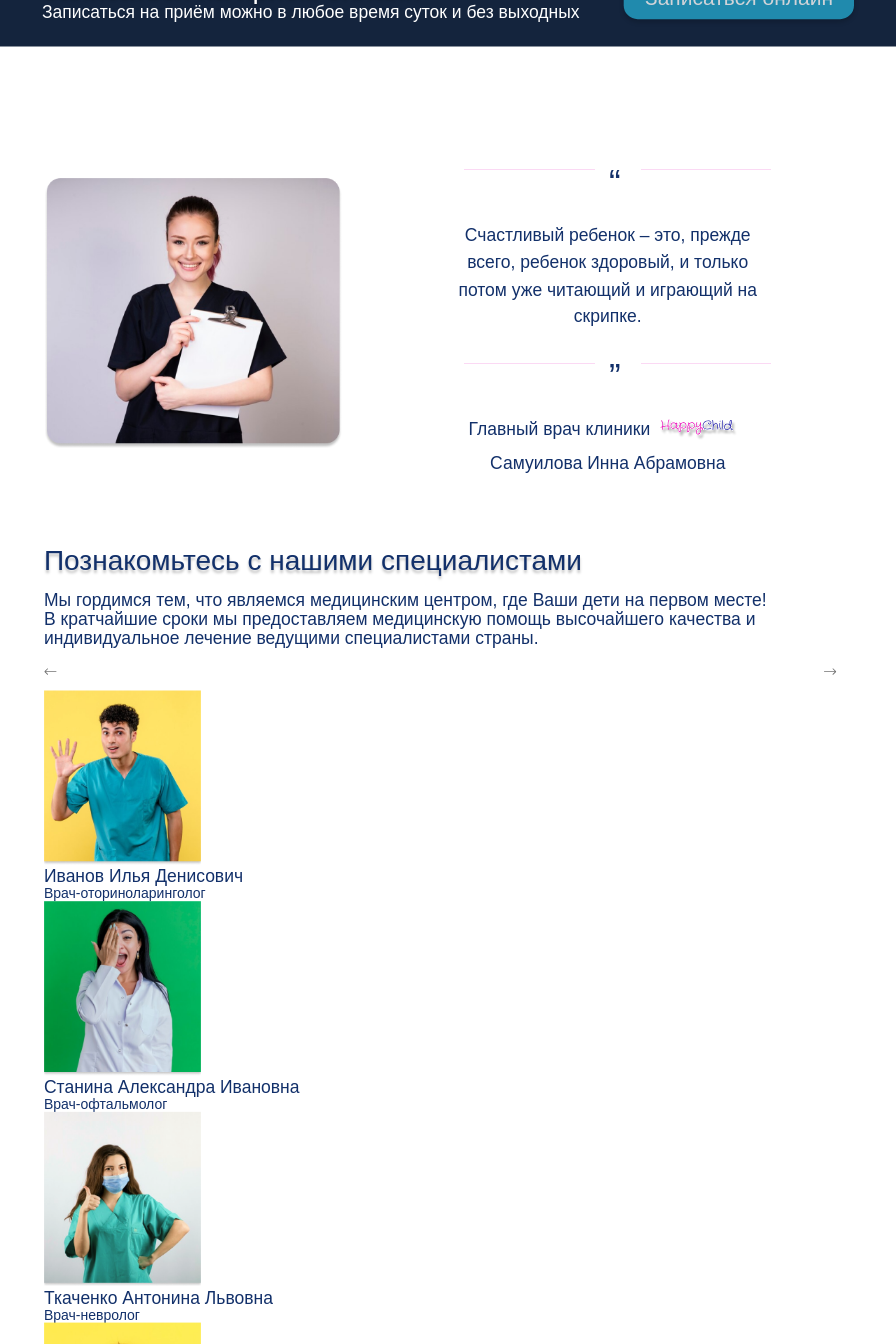
Repository: Normandy72/Landing-Page-Happy-Child
Page: index.html
The author's editor kept a copy of each file at every save. The page is drawn from the files as they stood at one save, then again after the next save.
The browser window is 1280 px wide. The pictures show the part of the page from y = 2738 to 4658 px (the page is 8640 px tall before and 8630 px after), at 70% of full size.
Some web fonts or font styles are not loaded; a fallback is used.

Above is the page before, as saved 2022-11-12 18:41:43.

### index.html
<!DOCTYPE html>
<html lang="en">
<head>
    <meta charset="UTF-8">
    <meta http-equiv="X-UA-Compatible" content="IE=edge">
    <meta name="viewport" content="width=device-width, initial-scale=1.0">
    <link href="https://fonts.googleapis.com/css2?family=Neucha&display=swap" rel="stylesheet">
    <link href="https://fonts.googleapis.com/css2?family=Coustard:wght@400;900&display=swap" rel="stylesheet">
    <link rel="icon" href="resources/icon/stethoscope.ico" sizes="16x16">
    <link rel="icon" href="resources/icon/stethoscope.ico" sizes="32x32">
    <link rel="icon" href="resources/icon/stethoscope.ico" sizes="64x64">
    <link rel="stylesheet" href="styles/main.css">
    <title>Happy Child</title>
</head>

<body>
    <header>
        <div class="wrapper layout-3-columns">
            <a href="#">
                <div class="header__logo"></div>
            </a>
            <nav class="header__navigation">
                <a class = "navigation__link" href="#">Главная</a>
                <a class = "navigation__link" href="#">Услуги</a>
                <a class = "navigation__link" href="#">Врачи</a>
                <a class = "navigation__link" href="#">Новости</a>
                <a class = "navigation__link" href="#">Запись на прием</a>
                <a class = "navigation__link" href="#">Контакты</a>
            </nav>
            <a href="tel: +375291030303">
                <div class="header__phone"></div>
            </a>
        </div>
    </header>

    <main>
        <section class="section__main">
            <div class="wrapper">
                <div class="main__text">
                    <div class="main__logo"></div>
                    <h1>Медицинский центр для детей</h1>
                    <h6>только актуальные рекомендации, основанные на доказательствах</h6>
                    <button class="button button_accented">Записаться на прием</button>
                </div>
            </div>
        </section>

        <section class="section__information wrapper">
            <div class="information__block block__phone">
                <div class="block__icon"></div>
                <h2>Контакты</h2>
                <h3>+375 29 103-03-03</h3>
                <h3>+375 17 103-03-03</h3>
            </div>
            <div class="information__block block__shedule">
                <div class="block__icon"></div>
                <h2>График работы</h2>
                <h3>Пн. - Пт. :    8:00 - 21:00</h3>
                <h3>Сб. - Вс. :    9:00 - 18:00</h3>
            </div>
        </section>

        <section class="section__services">
            <div class="wrapper">
                <h2 class="heading_dark">Наши услуги</h2>
                <div class="divider"></div>
                <div class="services__cards layout-3-columns">
                    <div class="services__card">
                        <img src="resources/img/services/pediatria.png" alt="pediatria">
                        <h4>Педиатрия</h4>
                    </div>

                    <div class="services__card">
                        <img src="resources/img/services/pulmo.png" alt="pulmo">
                        <h4>Пульмонология</h4>
                    </div>

                    <div class="services__card">
                        <img src="resources/img/services/cardio.png" alt="cardio">
                        <h4>Кардиология</h4>
                    </div>
                </div>

                <div class="services__cards layout-3-columns">
                    <div class="services__card">
                        <img src="resources/img/services/lor.png" alt="lor">
                        <h4>Оториноларингология</h4>
                    </div>

                    <div class="services__card">
                        <img src="resources/img/services/allergo.png" alt="allergo">
                        <h4>Аллергология</h4>
                    </div>

                    <div class="services__card">
                        <img src="resources/img/services/surgery.png" alt="surgery">
                        <h4>Хирургия</h4>
                    </div>
                </div>

                <div class="services__cards layout-3-columns">
                    <div class="services__card">
                        <img src="resources/img/services/neuro.png" alt="neuro">
                        <h4>Неврология</h4>
                    </div>

                    <div class="services__card">
                        <img src="resources/img/services/endocryn.png" alt="endocryn">
                        <h4>Эндокринология</h4>
                    </div>

                    <div class="services__card">
                        <img src="resources/img/services/ophtalm.png" alt="ophtalm">
                        <h4>Офтальмология</h4>
                    </div>
                </div>

                <div class="services__cards layout-3-columns">
                    <div class="services__card">
                        <img src="resources/img/services/vaccination.png" alt="vaccination">
                        <h4>Вакцинация</h4>
                    </div>

                    <div class="services__card">
                        <img src="resources/img/services/usd.png" alt="usd">
                        <h4>УЗ-диагностика</h4>
                    </div>

                    <div class="services__card">
                        <img src="resources/img/services/stayhome.png" alt="stayhome">
                        <h4>Вызов врача на дом</h4>
                    </div>
                </div>
            </div>
        </section>

        <section class="section__addition">
            <div class="wrapper addition__info layout-2-columns">
                <div class="addition__text">
                    <h2>Записаться на прием онлайн</h2>
                    <h5>Записаться на приём можно в любое время суток и без выходных</h5>
                </div>
                <button class="button button_standart">Записаться онлайн</button>
            </div>
        </section>

        <section class="wrapper section__chief layout-2-columns">
            <div class="chief__foto"></div>
            <div class="chief__text">
                <div class="text__lines">
                    <div class="lines__line"></div>
                    <p>“</p>
                    <div class="lines__line"></div>
                </div>
                <h5>Счастливый ребенок – это, прежде всего, ребенок здоровый, и только потом уже читающий
                и играющий на скрипке.</h5>
                <div class="text__lines">
                    <div class="lines__line"></div>
                    <p>”</p>
                    <div class="lines__line"></div>
                </div>
                <div class="chief__signature">
                    <h5>Главный врач клиники</h5>
                    <img class="chief__logo" src="resources/icon/HappyChild_small.svg" alt="logo"></img>
                </div>
                <h5>Самуилова Инна Абрамовна</h5>
            </div>
        </section>

        <section class="wrapper section__doctors">
            <h2>Познакомьтесь с нашими специалистами</h2>
            <h5>Мы гордимся тем, что являемся медицинским центром, где Ваши дети на первом месте!</h5>
            <h5>В кратчайшие сроки мы предоставляем медицинскую помощь высочайшего качества и индивидуальное лечение ведущими специалистами страны.</h5>
            <div class="doctors__arrows">
                <div class="arrow_left"></div>
                <div class="arrow_rigth"></div>
            </div>
            <div class="doctors__cards">
                <div class="doctors__card">
                    <img src="resources/img/doctors/ivanov1.png" alt="ivanov1">
                    <h5>Иванов Илья Денисович</h5>
                    <h6>Врач-оториноларинголог</h6>
                </div>

                <div class="doctors__card">
                    <img src="resources/img/doctors/stanina1.png" alt="stanina1">
                    <h5>Станина Александра Ивановна</h5>
                    <h6>Врач-офтальмолог</h6>
                </div>

                <div class="doctors__card">
                    <img src="resources/img/doctors/tkachenko1.png" alt="tkachenko1">
                    <h5>Ткаченко Антонина Львовна</h5>
                    <h6>Врач-невролог</h6>
                </div>

                <div class="doctors__card">
                    <img src="resources/img/doctors/savenko1.png" alt="savenko1">
                    <h5>Савенко Алина Викторовна</h5>
                    <h6>Врач-педиатр</h6>
                </div>

                <div class="doctors__card">
                    <img src="resources/img/doctors/krotov1.png" alt="krotov1">
                    <h5>Кротов Алексей Геннадьевич</h5>
                    <h6>Врач-хирург</h6>
                </div>

                <div class="doctors__card">
                    <img src="resources/img/doctors/karpovich1.png" alt="karpovich1">
                    <h5>Карпович Анна Игоревна</h5>
                    <h6>Врач-кардиолог</h6>
                </div>

                <div class="doctors__card">
                    <img src="resources/img/doctors/akulich1.png" alt="akulich1">
                    <h5>Акулич Олег Васильевич</h5>
                    <h6>Врач-эндокринолог</h6>
                </div>

                <div class="doctors__card">
                    <img src="resources/img/doctors/astapenko1.png" alt="astapenko1">
                    <h5>Астапенко Ирина Эдуардовна</h5>
                    <h6>Врач УЗ-диагностики</h6>
                </div>
            </div>
        </section>

        <section>
            <div class="section__lines">
                <div></div>
                <div></div>
                <div></div>
            </div>
            <div class="wrapper section__news">
                <h2 class="heading_dark">Новости</h2>
                <div class="news_card">
                    <img src="resources/img/news/news1.png" alt="news1">
                    <h4>25. 07. 2022   15 : 00</h4>
                    <h3>Всемирный день здоровья полости рта</h3>
                    <h5>Взрослея, организм ребенка испытывает множество изменений. В честь Всемирного дня здоровья полости рта наши стоматологи расскажут родителям и детям, как заботиться о зубах и деснах в разных возрастных периодах, какие средства использовать, чтобы смена молочных зубов прошла легко и безболезненно, и еще много-много полезного!</h5>
                    <a href="#">Подробнее...</a>
                </div>

                <div class="news_card">
                    <img src="resources/img/news/news2.png" alt="news1">
                    <h4>27. 07. 2022   13 : 30</h4>
                    <h3>Европейская неделя иммунизации</h3>
                    <h5>Знаете ли Вы, что иммунизация является единственным и надежным способом борьбы с эпидемиологическими заболеваниями, такими как корь, полиомиелит, эпидемический паротит и др.? В рамках Европейской недели иммунизации врач-педиатр Савенко Алина Викторовна познакомит Вас с текущим календарем профилактических прививок и ответит на все волнующие Вас вопросы! </h5>
                    <a href="#">Подробнее...</a>
                </div>

                <div class="news_card">
                    <img src="resources/img/news/news3.png" alt="news1">
                    <h4>28. 07. 2022    16 : 00</h4>
                    <h3>Международный день офтальмологии</h3>
                    <h5>Ухудшение зрения может лишить человека возможности заниматься любимым делом. Хорошо, что современная офтальмология обладает широкими возможностями для лечения многих заболеваний глаз.  Приходите к нам в Международный день офтальмологии и узнайте, что рекомендуют специалисты для профилактии заболеваний глаз.</h5>
                    <a href="#">Подробнее...</a>
                </div>
            </div>
        </section>

        <section class="section__addition">
            <div class="wrapper addition__info layout-2-columns">
                <div class="addition__text">
                    <h2>Подписаться на рассылку</h2>
                    <h5>Будьте в курсе новостей !</h5>
                </div>
                <form class="addition__form">
                    <input class = "addition__input" type="text" value="Email">
                    <button class="button button_standart">Подписаться</button>
                </form>
            </div>
        </section>

        <section class="wrapper section__callback">
            <div class="callback__form">
                <h2 class="heading_dark">Остались вопросы?</h2>
                <h5>Оставьте заявку, мы Вам перезвоним!</h5>
                <form action="">
                    <input class="callback__input" type="text" value="Ваше имя">
			        <input class="callback__input" type="tel" placeholder="Номер телефона" pattern="+375(29,17,33,44)[0-9]{3}-[0-9]{2}-[0-9]{2}" required>
			        <select class="callback__input" name="menu" size="1">
				        <option>Желаемая услуга</option>
				        <option value="ped">Педиатрия</option>
				        <option value="pulmo">Пульмонология</option>
				        <option value="cardio">Кардиология</option>
				        <option value="lor">Оториноларингология</option>
				        <option value="allergo">Аллергология</option>
				        <option value="surg">Хирургия</option>
				        <option value="neuro">Неврология</option>
				        <option value="endocryn">Эндокринология</option>
				        <option value="ophtalm">Офтальмология</option>
				        <option value="vaccin">Вакцинация</option>
				        <option value="usd">УЗ-диагностика</option>
				        <option value="stayhome">Вызов врача на дом</option>
			        </select>
			        <input class="callback__input" type="date" value="2022-01-01" min="2022-01-01" max="2022-12-31">
                    <label class="callback__checkbox">
                        <input type="checkbox">
                        Я даю согласие на хранение и обработку персональных данных
                    </label>
			        <button class="button button_standart">Оставить заявку</button>
                </form>
            </div>
            <div class="callback__photo"></div>
        </section>

        <section class="wrapper section__contacts">
            <h2 class="heading_dark">Ждем Вас в нашем центре !</h2>
            <div class="contacts__info">
                <h3>Контакты</h3>
                <h5>Мы находимся по адресу:</h5>
                <h4>г. Минск, ул. Матусевича, 70</h4>
                <h5>Связаться:</h5>
                <a href="tel: +375291030303">+375 29 103-03-03</a>
                <a href="tel: +375171030303">+375 17 103-03-03</a>
                <h5>Мы в соц. сетях:</h5>
                <div class="contacts__social">
                    <a href="#"></a>
                </div>
                <div class="contacts__social">
                    <a href="#"></a>
                </div>
                <div class="contacts__social">
                    <a href="#"></a>
                </div>
            </div>
            <div class="contacts__map">
                <iframe src="https://www.google.com/maps/embed?pb=!1m18!1m12!1m3!1d2349.7572817965843!2d27.4501670158107!3d53.91828888010291!2m3!1f0!2f0!3f0!3m2!1i1024!2i768!4f13.1!3m3!1m2!1s0x46dbc52f35b245d3%3A0x98f1d72de22c93c4!2z0YPQu9C40YbQsCDQnNCw0YLRg9GB0LXQstC40YfQsCA3MCwg0JzQuNC90YHQug!5e0!3m2!1sru!2sby!4v1659879735812!5m2!1sru!2sby" width="50%" height="562px" style="border:0;" allowfullscreen="" loading="lazy" referrerpolicy="no-referrer-when-downgrade"></iframe>
            </div>
        </section>
    </main>

    <footer>
        <div class="wrapper">
            <h5>ООО “HappyChild” © 2022</h5>
            <a href="#">Политика конфиденциальности</a>
        </div>
    </footer>
</body>
</html>

### styles/main.css
@import url(base.css);
@import url(buttons.css);
@import url(footer.css);
@import url(form.css);
@import url(header.css);
@import url(headings.css);
@import url(layouts.css);
@import url(links.css);
@import url(section_addition.css);
@import url(section_chief.css);
@import url(section_doctors.css);
@import url(section_information.css);
@import url(section_main.css);
@import url(section_services.css);
@import url(variables.css);

### styles/base.css
*{
    margin: 0;
    padding: 0;
    box-sizing: border-box;
}

html{
    scroll-behavior: smooth;
}

body{
    font-family: var(--main-font);
    font-size: 10px;
    color: var(--text-dark-color);
}

.wrapper{
    max-width: 1180px;
    min-width: 480px;
    padding: 0 1%;
    margin: auto;
}

.divider{
    width: 100%;
}

### styles/buttons.css
.button{
    border-radius: 20px;
    border: none;
    filter: drop-shadow(0px 4px 4px rgba(0, 0, 0, 0.25));
    padding: 15px 30px;
    opacity: 0.8;

    font-family: var(--main-font);
    font-style: normal;
    font-weight: 400;
    font-size: var(--buttons-font-size);
    line-height: 33px;
    display: flex;
    align-items: center;
    text-align: center;
    color: var(--buttons-text-color);
}

.button_accented{
    background-color: var(--accented-button-color);
}

.button_standart{
    background-color: var(--standart-button-color);
}

.button:hover{
    cursor: pointer;
    opacity: 1;
}

### styles/header.css
header{
    width: 100%;
    background-color: var(--header-color);
    box-shadow: var(--shadow);
    position: fixed;
    top: 0;
    z-index: 2;
}

header .wrapper{
    padding-top: 30px;
    padding-bottom: 20px;
}

.header__logo{
    background-image: url(../resources/icon/HappyChild_small.svg);
    background-repeat: no-repeat;
    width: 136px;
    height: 31px;
}

.header__logo:hover{
    transform: scale(1.2);
    transition-duration: 0.5s;
}

.header__navigation{
    display: flex;
    align-items: center;
    justify-content: space-between;
}

.navigation__link{
    padding-right: 25px;
}

.header__phone{
    background-image: url(../resources/icon/phone.svg);
    background-repeat: no-repeat;
    width: 32px;
    height: 32px;
}

.header__phone:hover{
    transform: scale(1.2);
    transition-duration: 0.5s;
}

### styles/headings.css
h1{
    font-size: var(--h1-font-size);
    font-style: normal;
    font-weight: 400;
    line-height: 50px;
}

h2{
    font-size: var(--h2-font-size);
    font-style: normal;
    font-weight: 400;
    line-height: 42px;
    text-shadow: var(--shadow);
}

h3{
    font-size: var(--h3-font-size);
    font-style: normal;
    font-weight: 400;
    line-height: 37px;
}

h4{
    font-size: var(--h4-font-size);
    font-style: normal;
    font-weight: 400;
    line-height: 32px;
}

h5{
    font-size: var(--h5-font-size);
    font-style: normal;
    font-weight: 400;
    line-height: 27px;
}

h6{
    font-size: var(--h6-font-size);
    font-style: normal;
    font-weight: 400;
    line-height: 22px;
}

### styles/layouts.css
.layout-3-columns{
    display: flex;
    align-items: center;
    justify-content: space-between;
    flex-wrap: wrap;
    flex-basis: 33%;
}

.layout-2-columns{
    display: flex;
    align-items: center;
    justify-content: space-between;
    flex-wrap: wrap;
    flex-basis: 45%;
}

### styles/links.css
a{
    text-decoration: none;
    color: var(--links-color);
    text-shadow: var(--shadow);
    font-size: var(--links-font-size);
}

a:hover{
    cursor: pointer;
    color: var(--links-hover-color);
    transition: var(--transition);
}

### styles/section_addition.css
.section__addition{
    color: var(--text-ligth-color);
    background-color: var(--added-blocks-color);
}

.addition__info{
    padding: 36px 10px;
}

### styles/section_chief.css
.section__chief{
    padding-top: 138px;
    padding-bottom: 88px;
    padding-right: 10%;
}

.chief__foto{
    background-image: url(../resources/img/doctors/chief1.png);
    background-repeat: no-repeat;
    background-size: cover;
    width: 426px;
    height: 386px;
}

.chief__text{
    width: 45%;
    display: flex;
    flex-direction: column;
    justify-content: space-between;
}

.chief__text h5{
    text-align: center;
    line-height: 155.88%;
    padding-bottom: 10px;
}

.text__lines{
    padding-bottom: 30px;
    padding-top: 30px;
    display: flex;
    justify-content: space-between;
}

.text__lines p{
    font-family: var(--second-font);
    font-style: normal;
    font-weight: 400;
    font-size: 50px;
    line-height: 52px;
    padding-left: 20px;
}

.lines__line{
    background-image: url(../resources/img/line.svg);
    width: 219px;
    height: 2px;
    margin-top: 7px;
}

.chief__signature{
    display: flex;
    justify-content: center;
}

.chief__logo{
    width: 138px;
    height: 31px;
    margin-top: 5px;
}

### styles/section_doctors.css
.section__doctors h2{
    padding-bottom: 22px;
}

.section__doctors h5:nth-child(3){
    padding-bottom: 30px;
}

.doctors__arrows{
    display: flex;
    justify-content: space-between;
}

.doctors__arrows>div{
    width: 40px;
    height: 10px;
    margin-bottom: 22px;
    background-size: contain;
    background-repeat: no-repeat;
}

.arrow_left{
    background-image: url(../resources/icon/arrow_left.svg);
}

.arrow_rigth{
    background-image: url(../resources/icon/arrow_right.svg);
}

/* Cards */

### styles/section_information.css
.section__information{
    margin-top: -15px;
    display: flex;
    justify-content: center;
    color: var(--text-ligth-color);
    margin-bottom: 150px;
}

.information__block{
    width: 40%;
    background-color: var(--added-blocks-color);
    padding: 35px 60px 35px 100px;
}

.information__block h2{
    margin: -55px 0 40px 80px;
}

.block__phone{
    border-radius: 30px 30px 0 30px;
    margin-right: 10px;
}

.block__shedule{
    border-radius: 30px 30px 30px 0;
    margin-left: 10px;
}

.block__icon{
    background-size: contain;
    background-repeat: no-repeat;
}

.block__phone .block__icon{
    width: 63px;
    height: 63px;
    background-image: url(../resources/icon/phone.svg);
}

.block__shedule .block__icon{
    width: 70px;
    height: 70px;
    background-image: url(../resources/icon/watch.svg);
}

### styles/section_main.css
.section__main{
    width: 100%;
    height: 750px;
    background-image: url(../resources/img/girl.jpg);
    background-size: cover;
    background-repeat: no-repeat;
}

.main__text{
    padding-top: 165px;
    width: 540px;
    display: flex;
    flex-direction: column;
    align-items: center;
}

.main__logo{
    background-image: url(../resources/icon/HappyChild_big.png);
    background-repeat: no-repeat;
    width: 388px;
    height: 99px;
    margin-bottom: 5px;
}

.main__text h1{
    padding-bottom: 15px;
    text-shadow: var(--shadow);
}

.main__text h6{
    padding-bottom: 65px;
    text-shadow: var(--shadow);
}

### styles/section_services.css
.section__services .layout-3-columns{
    justify-content: space-evenly;
}

.section__services h2{
    display: block;
    margin: -60px 0 40px 42%;
}

.services__cards{
    background-image: url(../resources/img/line.svg);
    background-position: center;
    background-repeat: no-repeat;
    margin-bottom: 68px;
}

.services__card{
    background-color: var(--cards-color);
    border-radius: 20px;
    box-shadow: var(--shadow);
    margin-top: -10px;
}

.services__card img{
    border-radius: 20px 20px 0 0;
}

.services__card h4{
    padding: 15px 23px;
}

.services__card:hover{
    transform: scale(1.1);
    transition-duration: 0.5s;
    cursor: pointer;
}

Loaded but not shown: styles/variables.css (33 lines, source omitted); styles/footer.css (no copy from this time; the picture is the same without it); styles/form.css (no copy from this time; the picture is the same without it)

After the next save:
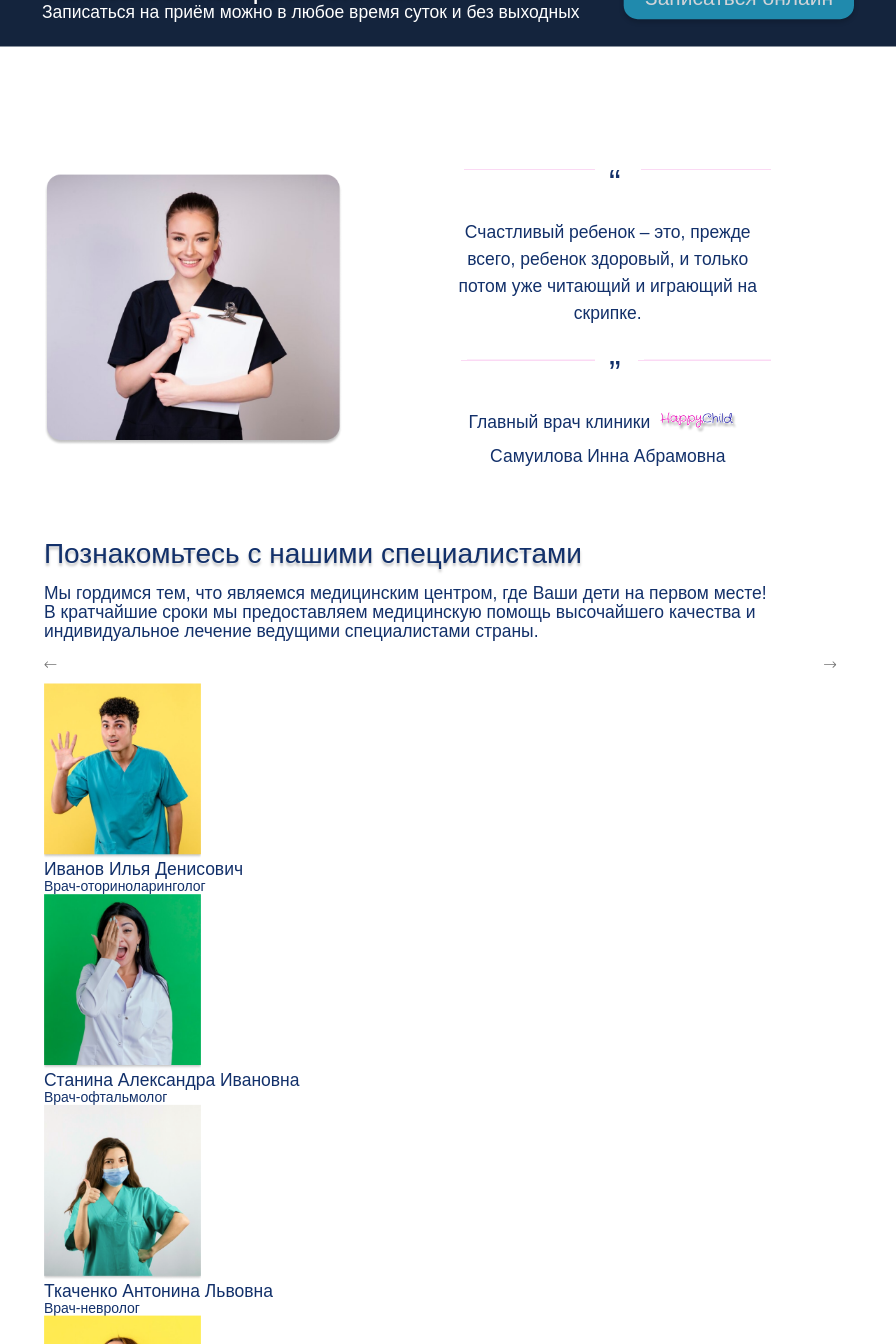
Saved 50 s later.
--- a/styles/section_chief.css
+++ b/styles/section_chief.css
@@ -26,7 +26,7 @@
 }
 
 .text__lines{
-    padding-bottom: 30px;
+    padding-bottom: 25px;
     padding-top: 30px;
     display: flex;
     justify-content: space-between;
